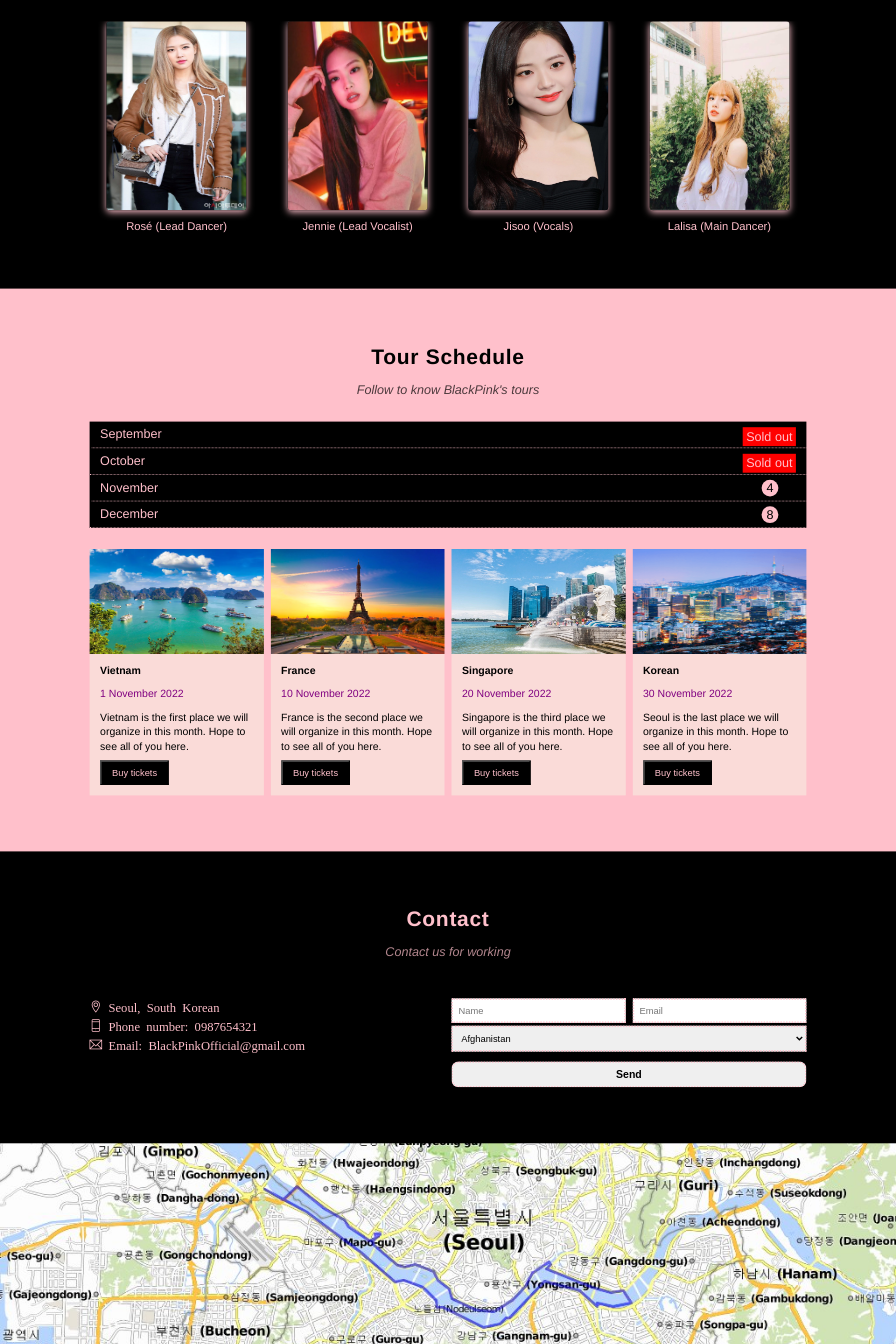
Repository: harrycricket/Blackpink_Band_Deploy
Page: index.html
The author's editor kept a copy of each file at every save. The page is drawn from the files as they stood at one save, then again after the next save.
The browser window is 1280 px wide. The pictures show the part of the page from y = 1235 to 3155 px (the page is 3310 px tall), at 70% of full size.

Above is the page before, as saved 2023-03-25 16:05:04.

After the next save:
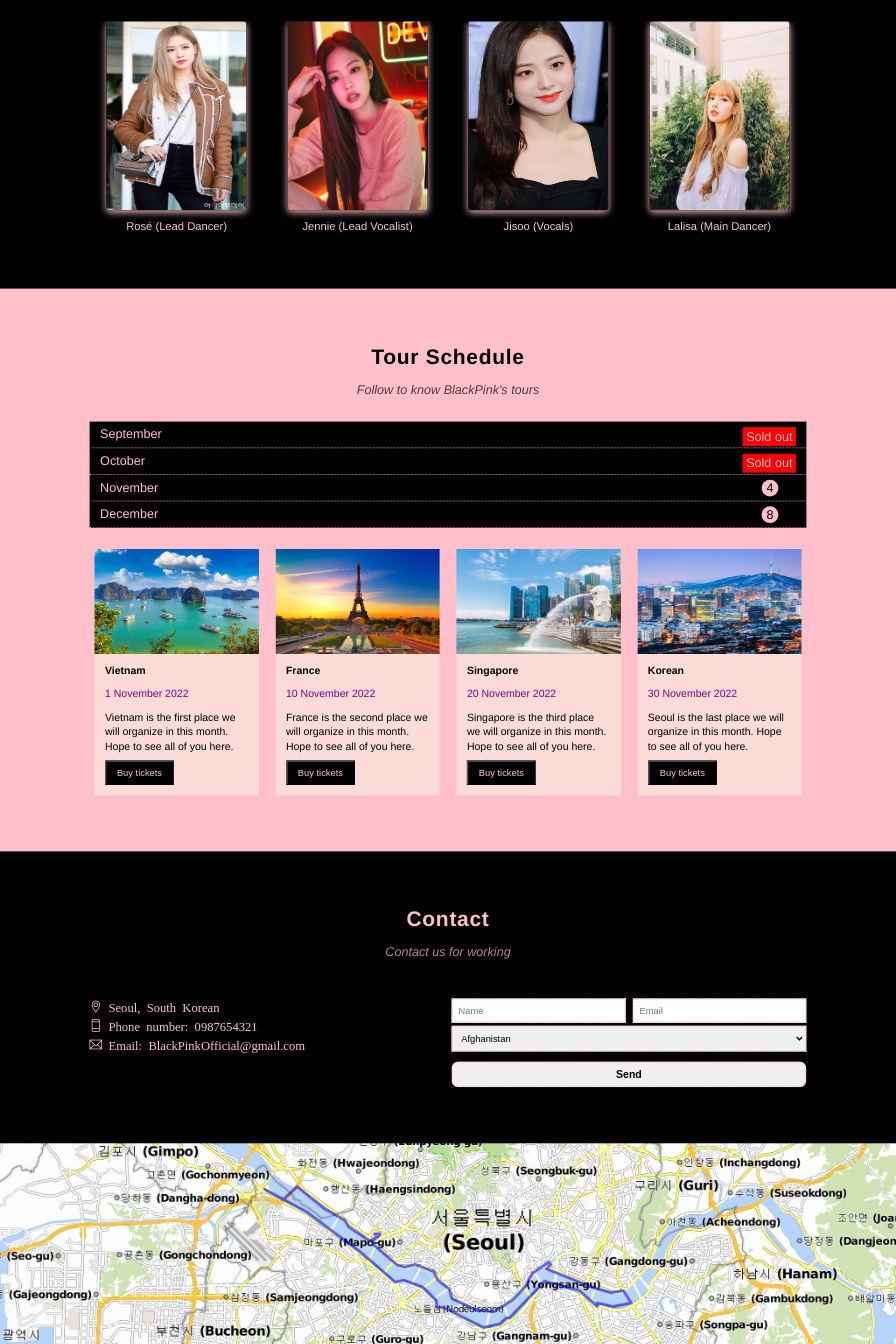
Saved 4 min 21 s later.
--- a/index.html
+++ b/index.html
@@ -111,7 +111,7 @@
                     </div>
                     <!-- Tours location -->
                     <div class="row place-list">
-                        <div class="column column-quarter">
+                        <div class="col lg-3 md-4 sm-6">
                             <img src="./assets/img/Places/Vietnam.jpg" alt="Vietnam" class="place-image">
                             <div class="place-body">
                                 <h3 class="place-country">Vietnam</h3>
@@ -124,7 +124,7 @@
                             </div>
                         </div>
 
-                        <div class="column column-quarter">
+                        <div class="col lg-3 md-4 sm-6">
                             <img src="./assets/img/Places/Paris.jpg" alt="France" class="place-image">
                             <div class="place-body">
                                 <h3 class="place-country">France</h3>
@@ -137,7 +137,7 @@
                             </div>
                         </div>
 
-                        <div class="column column-quarter">
+                        <div class="col lg-3 md-4 sm-6">
                             <img src="./assets/img/Places/Singapore.jpg" alt="Singapore" class="place-image">
                             <div class="place-body">
                                 <h3 class="place-country">Singapore</h3>
@@ -150,7 +150,7 @@
                             </div>
                         </div>
 
-                        <div class="column column-quarter">
+                        <div class="col lg-3 md-4 sm-6">
                             <img src="./assets/img/Places/Seoul.jpg" alt="Korean" class="place-image">
                             <div class="place-body">
                                 <h3 class="place-country">Korean</h3>
